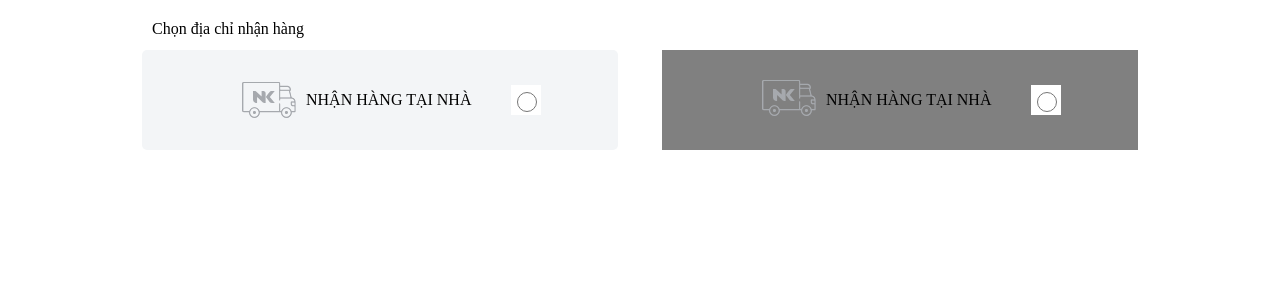
Repository: Tan-Khang21/TH_TKW--Buoi_04
Page: Bai_Tap_Tren_Lop/Bai_03/Bai_03.html
These files come from the project's save history. The page is drawn as it stood at one moment and after the next save; the edit follows.
The browser window is 1280 px wide. The pictures show the whole page.

Above is the page before, as saved 2024-03-08 19:09:37.

After the next save:
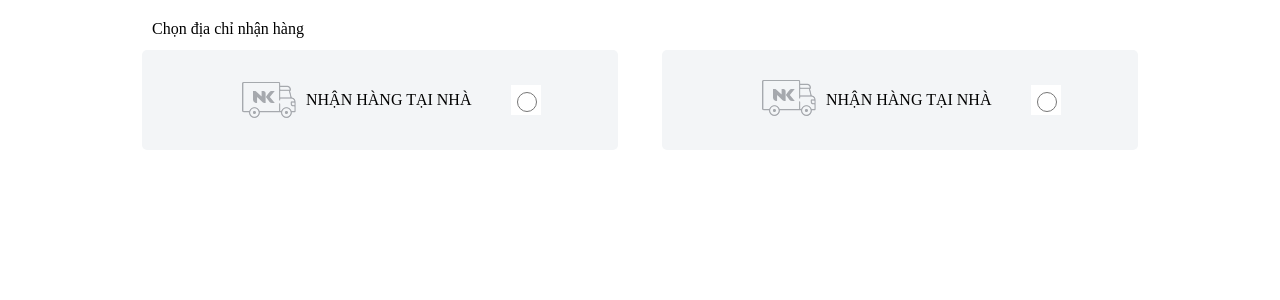
Saved 39 s later.
--- a/Bai_Tap_Tren_Lop/Bai_03/Bai_03.html
+++ b/Bai_Tap_Tren_Lop/Bai_03/Bai_03.html
@@ -116,7 +116,7 @@
 
           <td style="width: 20px"></td>
 
-          <td style="  position: relative; z-index: 1;" bgcolor="gray" align="left" >
+          <td style=" border-radius: 5px;  position: relative; z-index: 1;" bgcolor="#f3f5f7" align="left" >
             <label
               style="
                 width: 100%;
